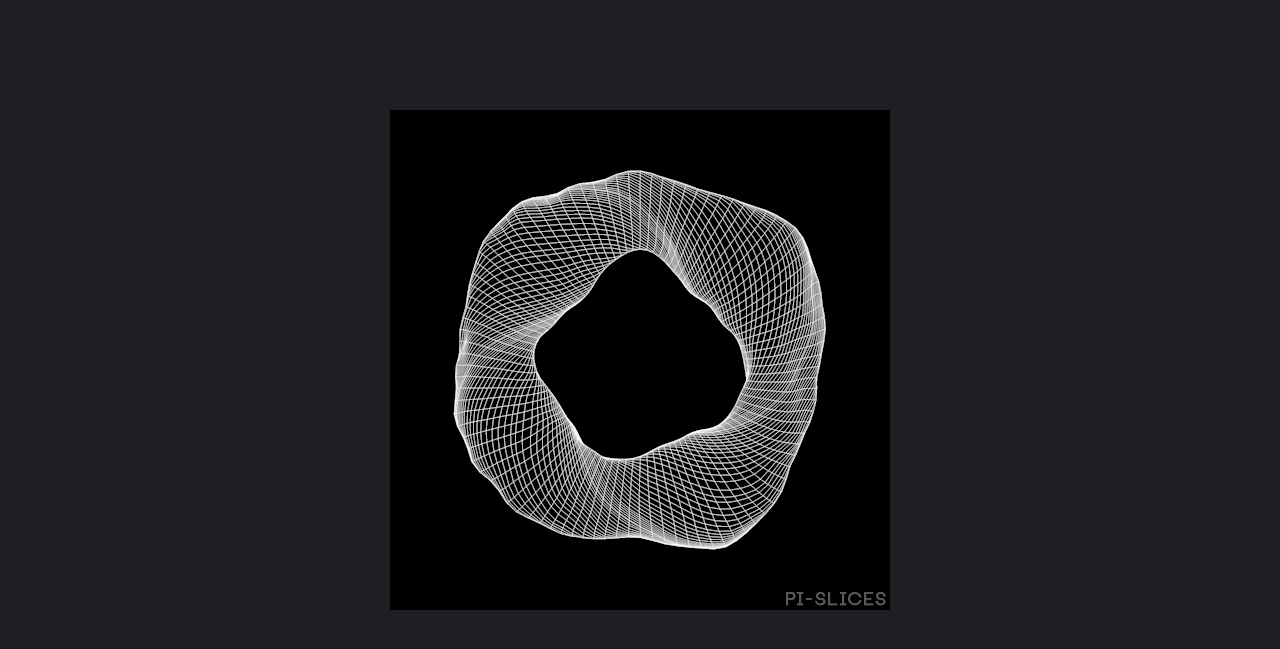
Repository: Csiddharth7906/MovieAppUpdatedVersion
Page: / (app in MVXC-MovieWebApplication/)
An editor plug-in stored every save of this project. The page is shown before and after a run of saves, followed by the edit.
The browser window is 1280 px wide. The pictures show the whole page.
The page's requests for data from a server got no answer. Some web libraries are served in a nearby version. The project was rebuilt for these pictures with package versions that can differ from the ones it lists, and the page was loaded fresh each time. No one was signed in, and anything a server would have sent is missing. Also part of the build but not shown: MVXC-MovieWebApplication/vite.config.js, MVXC-MovieWebApplication/src/templates/Sidenav.jsx, MVXC-MovieWebApplication/src/templates/Topnav.jsx, MVXC-MovieWebApplication/src/templates/Header.jsx, MVXC-MovieWebApplication/src/templates/DropDown.jsx, MVXC-MovieWebApplication/src/templates/HorizontalCards.jsx.

Above is the page before, as saved 2025-06-18 10:51:28.

### MVXC-MovieWebApplication/index.html
<!doctype html>
<html lang="en">
  <head>
    <meta charset="UTF-8" />
    <link rel="icon" type="image/svg+xml" href="/tv-fill.svg" />
    <meta name="viewport" content="width=device-width, initial-scale=1.0" />
    <title>MVXC | Movie App</title>
    <link
      href="https://cdn.jsdelivr.net/npm/remixicon@4.5.0/fonts/remixicon.css"
      rel="stylesheet"
    />
  </head>
  <body>
    <div id="root"></div>
    <script type="module" src="/src/main.jsx"></script>
  </body>
</html>

### MVXC-MovieWebApplication/src/main.jsx
import { StrictMode } from "react";
import { createRoot } from "react-dom/client";
import "./index.css";
import App from "./App.jsx";
import { BrowserRouter } from "react-router-dom";

createRoot(document.getElementById("root")).render(
  <BrowserRouter>
    <App />
  </BrowserRouter>,
);

### MVXC-MovieWebApplication/src/index.css
@import "tailwindcss";

/* primary - #1F1E24
secondry - #D2042D */

::-webkit-scrollbar {
  width: 7px;
  height: 7px;
}
::-webkit-scrollbar-thumb {
  background-color: #161618;
  border-radius: 40px;
}
::-webkit-scrollbar-thumb {
  background-color: #161618;
  border-radius: 40px;
}

::-webkit-scrollbar-thumb:hover {
  background-color: #6556cd;
  border-radius: 40px;
}

select{
  -webkit-appearance: none;
  -moz-appearance: none;
  -ms-appearance:none;
  appearance: none;
  outline: 0;
  box-shadow: none;
  border: 0;
  background: #27272a;
  background-image: none;
  flex: 1;
  padding: 0 0.5em;
  color: #fff;
  cursor: pointer;
  font-size: 1em;
  font-family: "Open Sans",sans-serif;
  min-width: 0;
}
select::-ms-expand{
  display: none;
}
.select{
  position: relative;
  display: flex;
  width: 20em;
  max-width: 100%;
  height: 3em;
  line-height: 3;
  background: #27272a;
  overflow: hidden;
  border-radius: 0.25e;
}
.select::after{
  content: "\25BC";
  position: absolute;
  top: 0;
  right: 0;
  padding: 0 1em;
  background: #27272a;
  cursor: pointer;
  pointer-events: none;
  transition: 0.25s all ease;
}
.select:hover::after{
  background: #6556cd;
}

### MVXC-MovieWebApplication/src/App.jsx
import { Route, Routes } from "react-router-dom";
import Home from "./components/Home";

const App = () => {
  return (
    <div className="bg-[#1F1E24] flex w-screen h-screen">
      <Routes>
        <Route path="/" element={<Home />}></Route>
      </Routes>
    </div>
  );
};

export default App;

### MVXC-MovieWebApplication/src/components/Home.jsx
import React, { useEffect, useState } from "react";
import Sidenav from "../templates/Sidenav";
import axios from "../utils/axios";
import Topnav from "../templates/Topnav";
import Header from "../templates/Header";
import HorizontalCards from "../templates/HorizontalCards";
import DropDown from "../templates/DropDown";
import Loading from "./Loading";


const Home = () => {
  document.title = "MVXC | HomePage";
  const [wallpaper, setwallpaper] = useState(null);
  const [trending, settrending] = useState(null);
  const [category, setcategory] = useState("all")
  const GetHeaderWallpaper =async()=>{
    try {
      const {data}= await axios.get(`/trending/all/day`);
      let randomedata = data.results[(Math.random()*data.results.length).toFixed()];
      setwallpaper(randomedata);
    } catch (error) {
      console.log("Errror :",error)
    }
   };
    const GetTrending =async()=>{
    try {
      const {data}= await axios.get(`/trending/${category}/day`);
      settrending(data.results)
    } catch (error) {
      console.log("Errror :",error)
    }
   };

       useEffect (()=>{


         GetTrending();
          !wallpaper && GetHeaderWallpaper();

     },[category])



  return wallpaper && trending ?(
    <>
      <Sidenav />
      <div className="w-[80%] h-full overflow-auto overflow-x-hidden">
        <Topnav />
        <Header data={wallpaper}/>
         <div className=' flex justify-between p-5'>
        <h1 className='text-3xl  font-semibold text-zinc-400'>Trending</h1>
        <DropDown title="Filter" options={["tv","movie","all"]} func={(e)=>setcategory(e.target.value)} />
        </div>

        <HorizontalCards data={trending} />
      </div>
    </>
  ):<Loading/>
};

export default Home;

### MVXC-MovieWebApplication/src/utils/axios.jsx
import axios from "axios";

const instance = axios.create({
    baseURL:"https://api.themoviedb.org/3/",
    headers: {
    accept: 'application/json',
    Authorization: 'Bearer eyJhbGciOiJIUzI1NiJ9.eyJhdWQiOiI2YmFiZDQ4MGI0MjI1N2Y4ZWI4YjZmYjAyNmYyZGRlYSIsIm5iZiI6MTc1MDEzNzQ0OS44NDUsInN1YiI6IjY4NTBmYTY5OGUwMjhhNDFjYjA2NWMzOSIsInNjb3BlcyI6WyJhcGlfcmVhZCJdLCJ2ZXJzaW9uIjoxfQ.SGWaaRsbBLhCYn1WiiL70oCwKAwxRG52mWei7BZzsAk'
    }
})

export default instance;

### MVXC-MovieWebApplication/src/components/Loading.jsx
import loader  from '/loader.gif'

const Loading = () => {
  return (
    <div className='w-screen h-screen flex justify-center items-center bg-[] '>
        <img src={loader} alt="" />
    </div>
  )
}

export default Loading

After the next 2 saves:
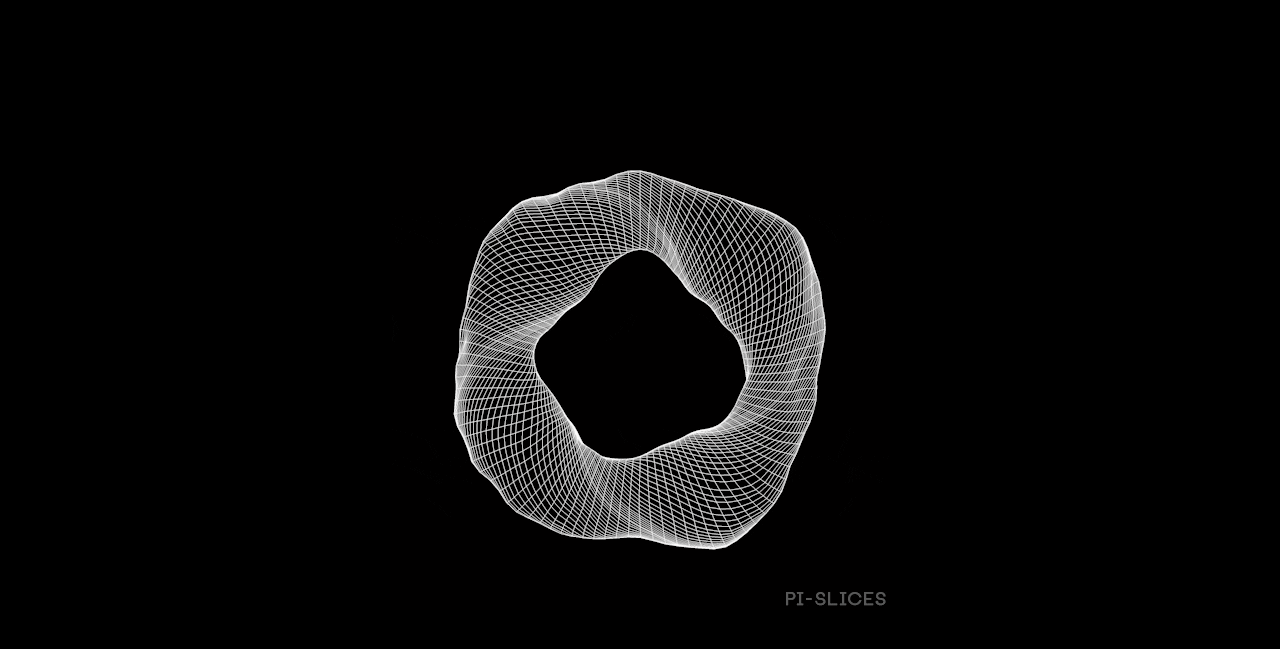
The 2 saves are shown as one change because they came seconds apart.
The last was saved 24 s later.
--- a/MVXC-MovieWebApplication/src/components/Loading.jsx
+++ b/MVXC-MovieWebApplication/src/components/Loading.jsx
@@ -2,7 +2,7 @@ import loader  from '/loader.gif'
 
 const Loading = () => {
   return (
-    <div className='w-screen h-screen flex justify-center items-center bg-[] '>
+    <div className='w-screen h-screen flex justify-center items-center bg-black '>
         <img src={loader} alt="" />
     </div>
   )
